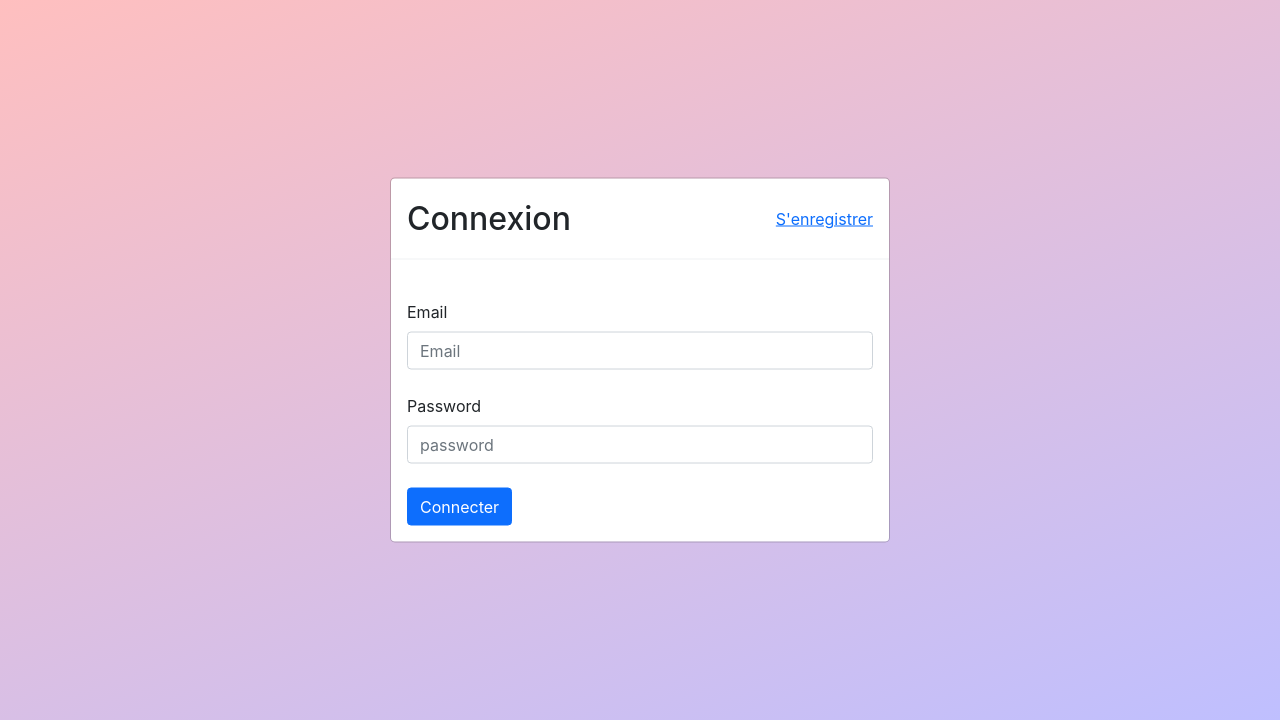
Repository: FS-23/react-task-manager
Page: /
The author's editor kept a copy of each file at every save. The page is drawn from the files as they stood at one save, then again after the next save.
The browser window is 1280 px wide. The pictures show the whole page.
The project was rebuilt for these pictures with package versions that can differ from the ones it lists, and the page was loaded fresh each time.

Above is the page before, as saved 2022-04-28 14:30:03.

After the next save:
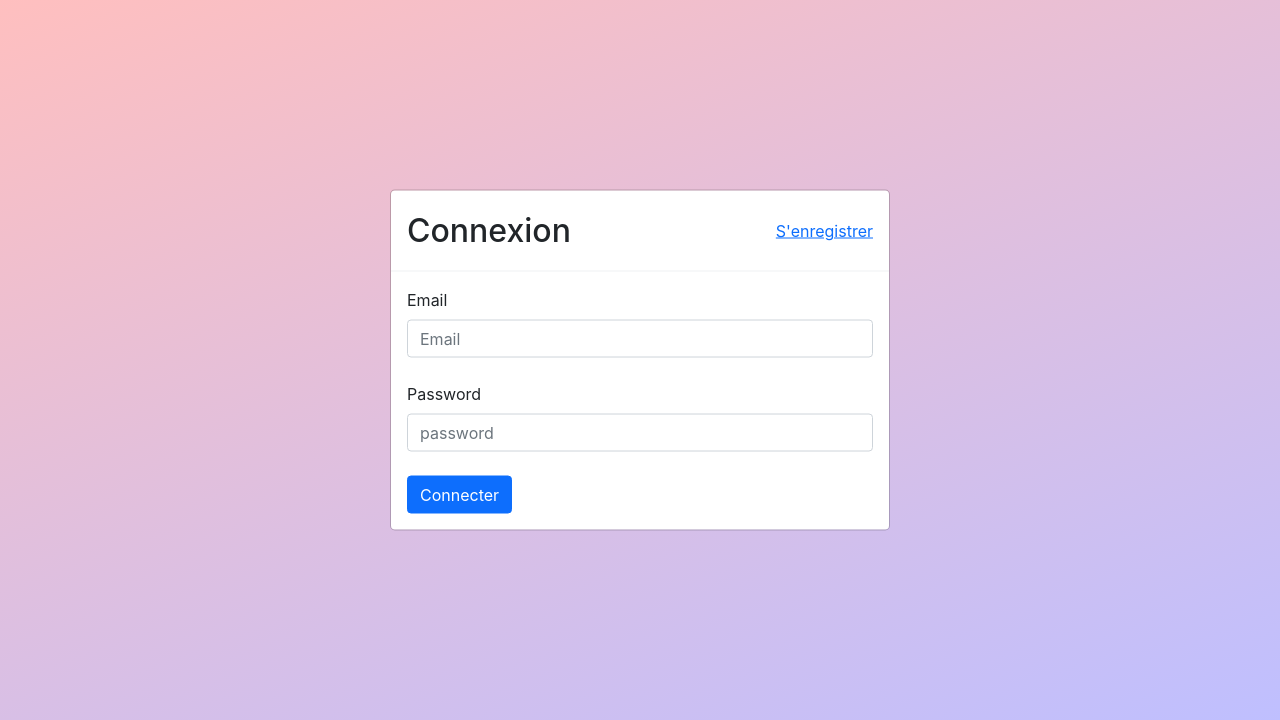
Saved 20 s later.
--- a/src/components/Login.js
+++ b/src/components/Login.js
@@ -36,7 +36,7 @@ function Login(){
                                     </div>
                                     <div className='modal-body'>
                                     <form onSubmit={handleFormSubmit}>
-                                            <div className="mt-4">
+                                            <div className="">
                                                 <label class="form-label">Email</label>
                                                 <input
                                                     className="form-control"
